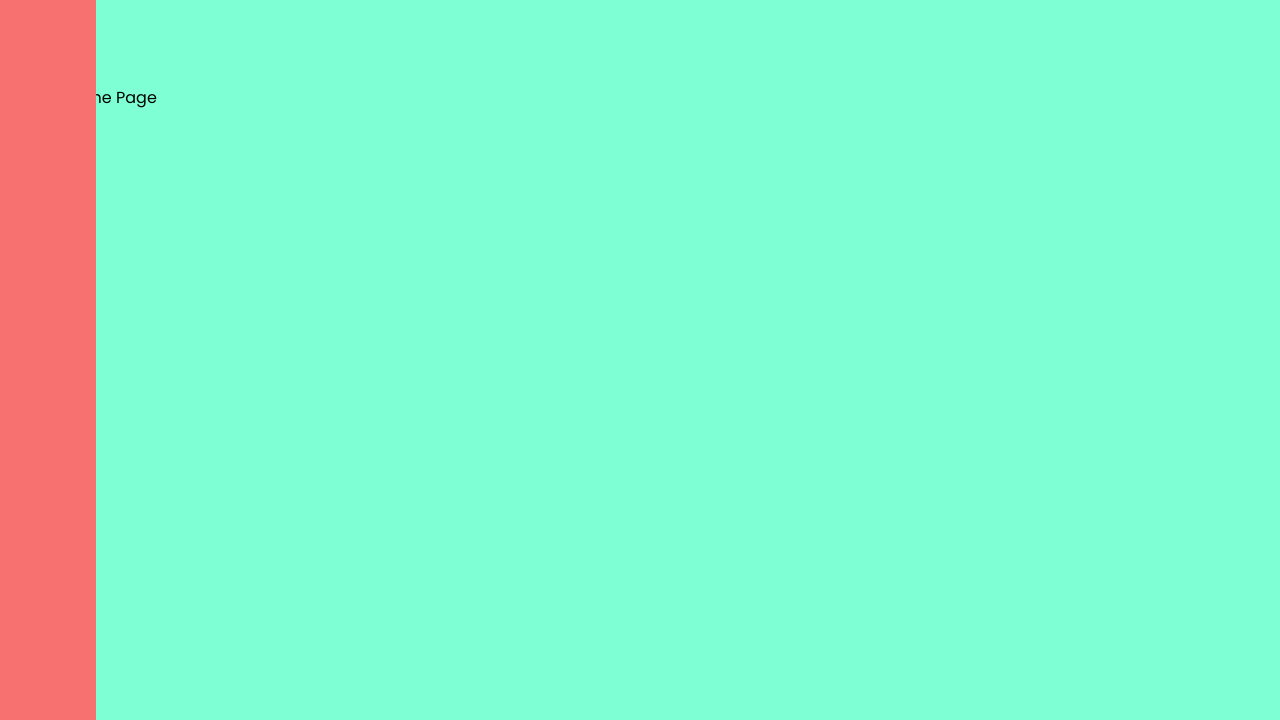
Repository: virangaj/NIFS-WebApp
Page: / (app in client/)
The author's editor kept a copy of each file at every save. The page is drawn from the files as they stood at one save, then again after the next save.
The browser window is 1280 px wide. The pictures show the whole page.
The project was rebuilt for these pictures with package versions that can differ from the ones it lists, and the page was loaded fresh each time. Also part of the build but not shown: client/src/pages/Login.tsx, client/src/components/Transport/shared/TransportNavbar.js, client/src/pages/TransportMainPage.tsx, client/src/pages/CommonMainPage.tsx, client/src/pages/AccountMainPage.tsx, client/src/pages/AdminMainPage.tsx, client/src/pages/LibraryMainPage.js, client/src/pages/ProcumentMainPage.js and 15 more.

Above is the page before, as saved 2022-07-30 21:59:32.

### client/public/index.html
<!DOCTYPE html>
<html lang="en">
	<head>
		<meta charset="utf-8" />
		<link rel="icon" href="nifs_logo.png" />
		<meta name="viewport" content="width=device-width, initial-scale=1" />
		<meta name="theme-color" content="#000000" />
		<meta
			name="description"
			content="Web site created using create-react-app"
		/>
		<link rel="apple-touch-icon" href="%PUBLIC_URL%/logo192.png" />
		<!--
      manifest.json provides metadata used when your web app is installed on a
      user's mobile device or desktop. See https://developers.google.com/web/fundamentals/web-app-manifest/
    -->
		<link rel="manifest" href="%PUBLIC_URL%/manifest.json" />
		<!--
      Notice the use of %PUBLIC_URL% in the tags above.
      It will be replaced with the URL of the `public` folder during the build.
      Only files inside the `public` folder can be referenced from the HTML.

      Unlike "/favicon.ico" or "favicon.ico", "%PUBLIC_URL%/favicon.ico" will
      work correctly both with client-side routing and a non-root public URL.
      Learn how to configure a non-root public URL by running `npm run build`.
    -->
		<link
			href="https://fonts.googleapis.com/css?family=Poppins"
			rel="stylesheet"
		/>
		<title>NIFS Dashboard</title>
	</head>
	<body>
		<noscript>You need to enable JavaScript to run this app.</noscript>
		<div id="root"></div>
		<!--
      This HTML file is a template.
      If you open it directly in the browser, you will see an empty page.

      You can add webfonts, meta tags, or analytics to this file.
      The build step will place the bundled scripts into the <body> tag.

      To begin the development, run `npm start` or `yarn start`.
      To create a production bundle, use `npm run build` or `yarn build`.
    -->
	</body>
</html>

### client/src/index.css
@tailwind base;
@tailwind components;
@tailwind utilities;

* {
  margin: 0;
}

body {
  font-family: 'Poppins';
  -webkit-font-smoothing: antialiased;
  -moz-osx-font-smoothing: grayscale;
  background-color: aliceblue;
}

:root {
  --main-navbar-back: #00003c;
  --nav-title-section-back: rgba(47, 163, 72, 0.589);
  --white: #fff;
  --black: #000;
  --gray: rgba(68, 68, 68, 0.432);
  --border-radius: 10px;
  --pimary: rgb(10, 94, 133);
  --warning: #ed3d63;

}


.nav-logo {
  width: 100px;
  height: auto;
}

a {
  text-decoration: none;
}


/* main navbar */
.main-navbar {
  background-color: var(--main-navbar-back) !important;
  width: 100% !important;
  height: 80px !important;

}



/* secondary navbar */
.secondary-navbar {
  margin: auto;
}

.nav-flex-section {
  display: -webkit-flex;
  display: -ms-flexbox;
  display: flex;
  -webkit-flex-wrap: wrap;
  -ms-flex-wrap: wrap;
  flex-wrap: wrap;
  justify-content: center;
}

.nav-flex-inside {
  margin-left: 5px;
  margin-left: 5px;
}

.nav-title {
  font-size: 15px;
  text-align: center;
  color: var(--white);
  font-weight: 600;

}

.nav-title-section {
  border-radius: var(--border-radius);
  background-color: var(--nav-title-section-back);
  box-shadow: rgba(100, 100, 111, 0.2) 0px 7px 29px 0px;
  pointer-events: none;
  margin-left: 10px;
  margin-left: 10px;
}

.nav-icon {
  width: 40px;
}

.nav-link {
  display: flex;
  display: -webkit-flex;
  display: -ms-flexbox;
  flex-direction: column;
  align-items: center;
  font-size: 14px;
  margin-left: 5px;
  margin-right: 5px;
  border: none;
  box-shadow: rgba(100, 100, 111, 0.2) 0px 7px 29px 0px;
  padding: 4px 8px 6px 8px;
  margin-bottom: 10px;
  text-align: center;
  width: 125px;
  border-radius: var(--border-radius);
  background-color: var(--white);
  outline: none;
  min-height: 120px;
}

.nav-link:hover {
  color: var(--pimary);
  cursor: pointer;
  box-shadow: rgba(81, 146, 177, 0.2) 0px 7px 29px 0px;
  background-color: rgb(254, 255, 205);
  border-bottom: 2px solid var(--warning);
}


.nav-link:active {
  color: var(--pimary);
  cursor: pointer;
  box-shadow: rgba(81, 146, 177, 0.2) 0px 7px 29px 0px;
  background-color: rgb(205, 248, 255);
  border-bottom: 2px solid var(--warning);
}

.nav-link-active {
  color: var(--pimary);
  cursor: pointer;
  box-shadow: rgba(81, 146, 177, 0.2) 0px 7px 29px 0px;
  background-color: rgb(205, 248, 255);
  border-bottom: 2px solid var(--warning);
}

/* body content*/
.body-content {
  margin: auto;
  width: 90%;
  margin-top: 12vh;

}

/* main page content */
.main-content {
  width: 90%;
  margin: auto;
  margin-top: 20px;
}

/* sub page content */

.sub-body-content {
  border: 2px solid var(--gray);
  border-radius: var(--border-radius);
  padding: 10px;
}

.sub-body-title {
  font-size: 24px;
}



/* error page */
.error-page {
  border: 2px solid var(--gray);
  border-radius: var(--border-radius);
  height: 50vh;
  width: 50vw;
  margin: auto;
  margin-top: 50px;
}

.error-page-content {
  display: flex;
  flex-direction: column;
  align-items: center;
  text-align: center !important;
  margin-top: 50px;
}

.error-page-content h1 {
  font-size: 100px;
  color: var(--warning);
  font-weight: 700;
  pointer-events: none;

}

.error-page-content p {
  font-size: 20px;
  margin-bottom: 20px;
  pointer-events: none;
}


@media screen and (max-width: 1366px) {
  body {
    background-color: aquamarine;
  }

  .nav-link {
    font-size: 12px;
    padding: 4px 4px 6px 4px;
    width: 100px;
    min-height: 100px;
  }

  .nav-icon {
    width: 35px;
  }
}

### client/src/App.tsx
import React, { useEffect } from 'react';
import Navbar from './components/shared/Navbar';
import Login from './pages/Login'
import { BrowserRouter as Router, Route, Routes } from 'react-router-dom'
import Home from './pages/Home';
import TransportMainPage from './pages/TransportMainPage';
import CommonMainPage from './pages/CommonMainPage';
import AccountMainPage from './pages/AccountMainPage';
import AdminMainPage from './pages/AdminMainPage';
import LibraryMainPage from './pages/LibraryMainPage';
import ProcumentMainPage from './pages/ProcumentMainPage';
import SeduMainPage from './pages/SeduMainPage';
import UserPermissionMainPage from './pages/UserPermissionMainPage';
import NotificationMainPage from './pages/NotificationMainPage';
import HelpMainPage from './pages/HelpMainPage';
import ErrorPage from './pages/ErrorPage';
import VerticalMainNavbar from './components/shared/VerticalMainNavbar';


function App() {


  return (
    <Router>
      {/* <Navbar /> */}
      <VerticalMainNavbar />
      <div className='overflow-y-auto'>
        <Routes>

          <Route path="/login" element={<Login />} />
          <Route path="/" element={<Home />} />
          <Route path="/common/*" element={<CommonMainPage />} />
          <Route path="/account/*" element={<AccountMainPage />} />
          <Route path="/admin/*" element={<AdminMainPage />} />
          <Route path="/library/*" element={<LibraryMainPage />} />
          <Route path="/procument/*" element={<ProcumentMainPage />} />
          <Route path="/sedu/*" element={<SeduMainPage />} />
          <Route path="/transport/*" element={<TransportMainPage />} />
          <Route
            path="/user-permission/*"
            element={<UserPermissionMainPage />}
          />
          <Route
            path="/notification/*"
            element={<NotificationMainPage />}
          />
          <Route path="/help/*" element={<HelpMainPage />} />
          <Route path="/error-404" element={<ErrorPage />} />
        </Routes>
      </div>


    </Router>
  );
}

export default App;

### client/src/pages/Home.tsx
import React from 'react';

function Home() {
	return (
		<div className="body-content">
			<h1>Home Page</h1>
		</div>
	);
}

export default Home;

### client/src/components/shared/VerticalMainNavbar.tsx
import React from 'react'

function VerticalMainNavbar() {
    return (
        <div className='absolute left-0 top-0'>
            <div className='bg-red-400 h-[100vh] w-24'></div>
        </div>
    )
}

export default VerticalMainNavbar

Loaded but not shown: client/src/index.tsx (common file); client/src/reportWebVitals.ts (common file); client/tailwind.config.js (common file)

After the next save:
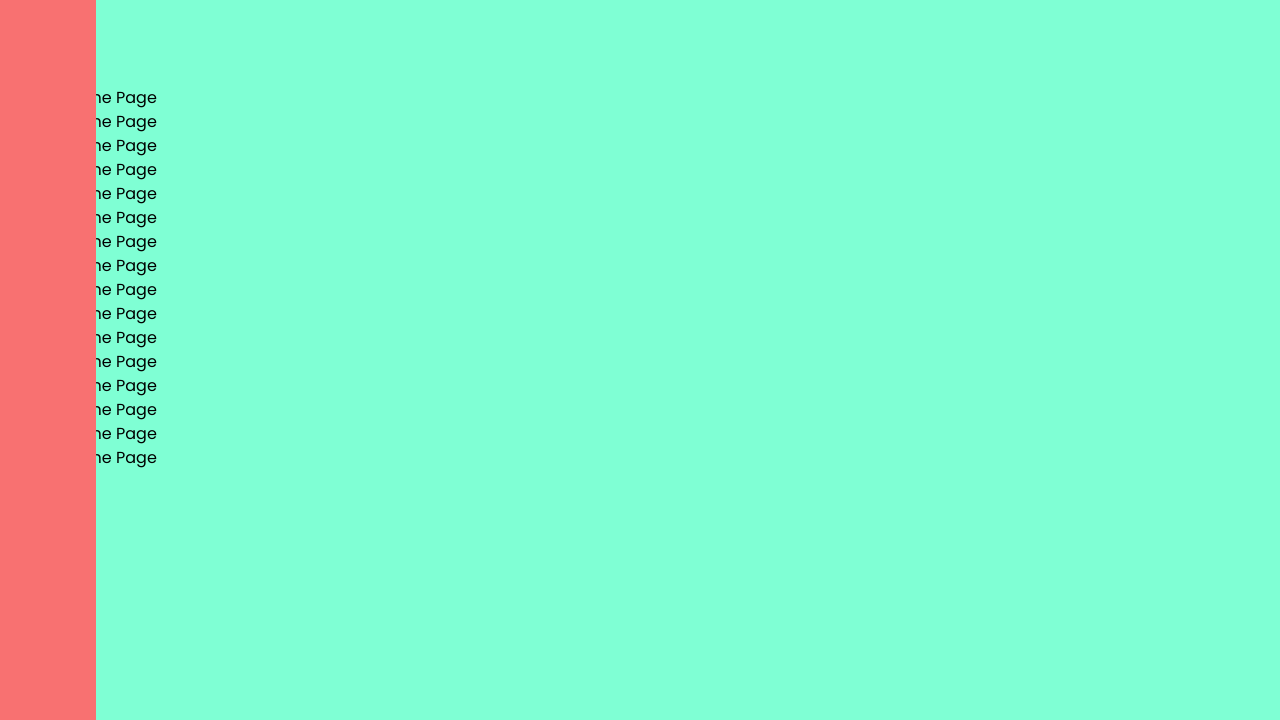
Saved 19 s later.
--- a/client/src/pages/Home.tsx
+++ b/client/src/pages/Home.tsx
@@ -4,6 +4,13 @@ function Home() {
 	return (
 		<div className="body-content">
 			<h1>Home Page</h1>
+			<h1>Home Page</h1>
+			<h1>Home Page</h1>
+			<h1>Home Page</h1>
+			<h1>Home Page</h1>
+			<h1>Home Page</h1><h1>Home Page</h1><h1>Home Page</h1><h1>Home Page</h1><h1>Home Page</h1><h1>Home Page</h1><h1>Home Page</h1><h1>Home Page</h1>
+			<h1>Home Page</h1>
+			<h1>Home Page</h1><h1>Home Page</h1>
 		</div>
 	);
 }
